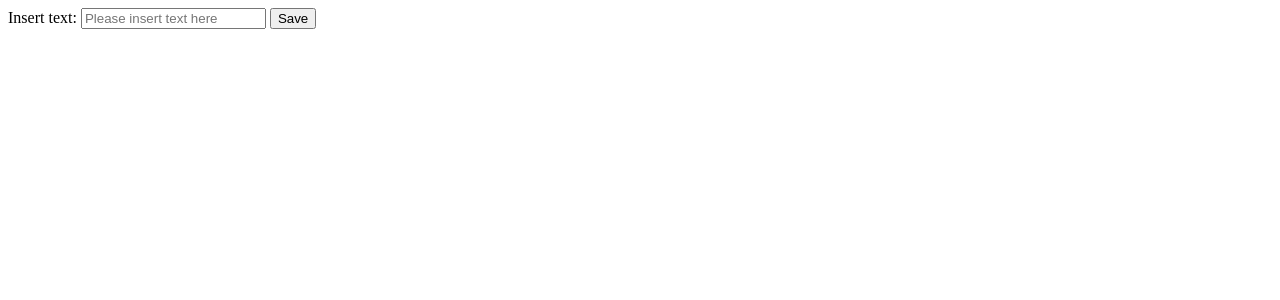
Repository: Micheal11/ReverseStringAssignment
Page: src/MyWidget/widget/template/MyWidget.html
The author's editor kept a copy of each file at every save. The page is drawn from the files as they stood at one save, then again after the next save.
The browser window is 1280 px wide. The pictures show the whole page.

Above is the page before, as saved 2017-07-18 17:09:40.

After the next save:
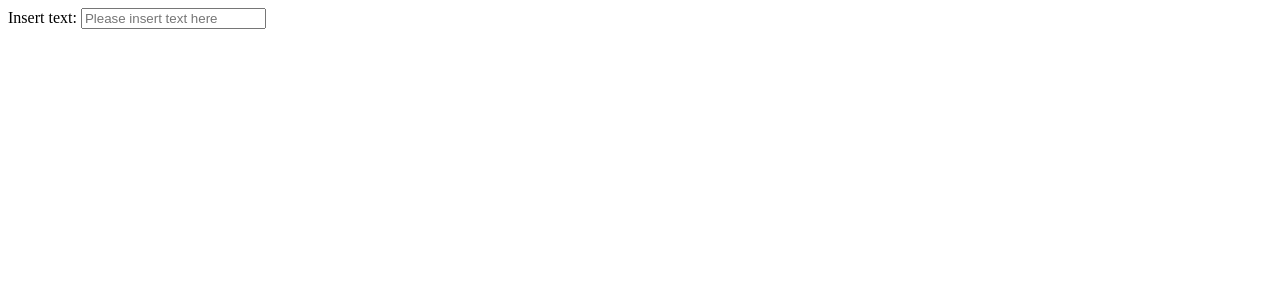
Saved 11 h 19 min later.
--- a/src/MyWidget/widget/template/MyWidget.html
+++ b/src/MyWidget/widget/template/MyWidget.html
@@ -1,8 +1,9 @@
 <div class="widgetname">
     <form>
         <div class = form group>
-           Insert text: <input type = "text" class="form-control" placeholder="Please insert text here" data-dojo-attach-point="textToReverse"></b>
-           <button type="button" data-dojo-attach-event = "onClick: save">Save</button>
+           Insert text: <input type = "text" class="form-control" placeholder="Please insert text here" data-dojo-attach-point="textToReverse">
+        <!--</b>
+           <button type="button" data-dojo-attach-event = "onClick: save">Save</button>-->
        </div>
     </form>
     <div class="widgetname-reverseText" data-dojo-attach-point="reverseText" />
